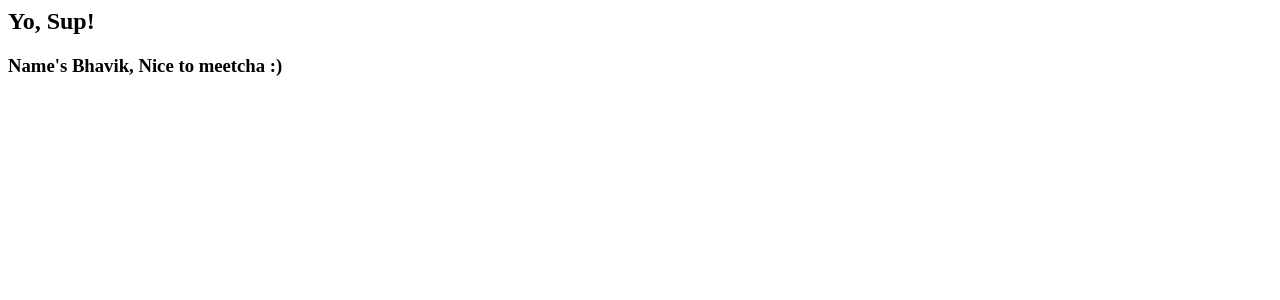
Repository: inhumanxd/flashcards
Page: flashcard/website/templates/home.html
These files come from the project's save history. The page is drawn as it stood at one moment and after the next save; the edit follows.
The browser window is 1280 px wide. The pictures show the whole page.

Above is the page before, as saved 2020-03-12 09:57:20.

After the next save:
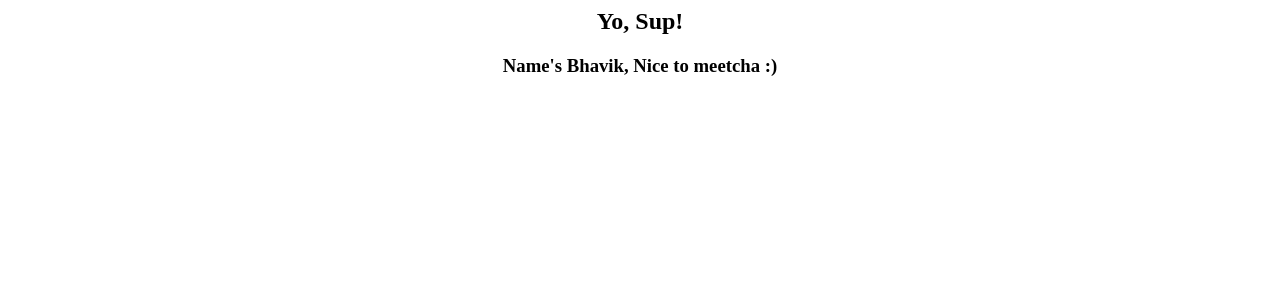
Saved 32 s later.
--- a/flashcard/website/templates/home.html
+++ b/flashcard/website/templates/home.html
@@ -1,2 +1,3 @@
-<h2> Yo, Sup! </h2>
+<center><h2> Yo, Sup! </h2>
 <h3> Name's Bhavik, Nice to meetcha :) </h3>
+</center>
